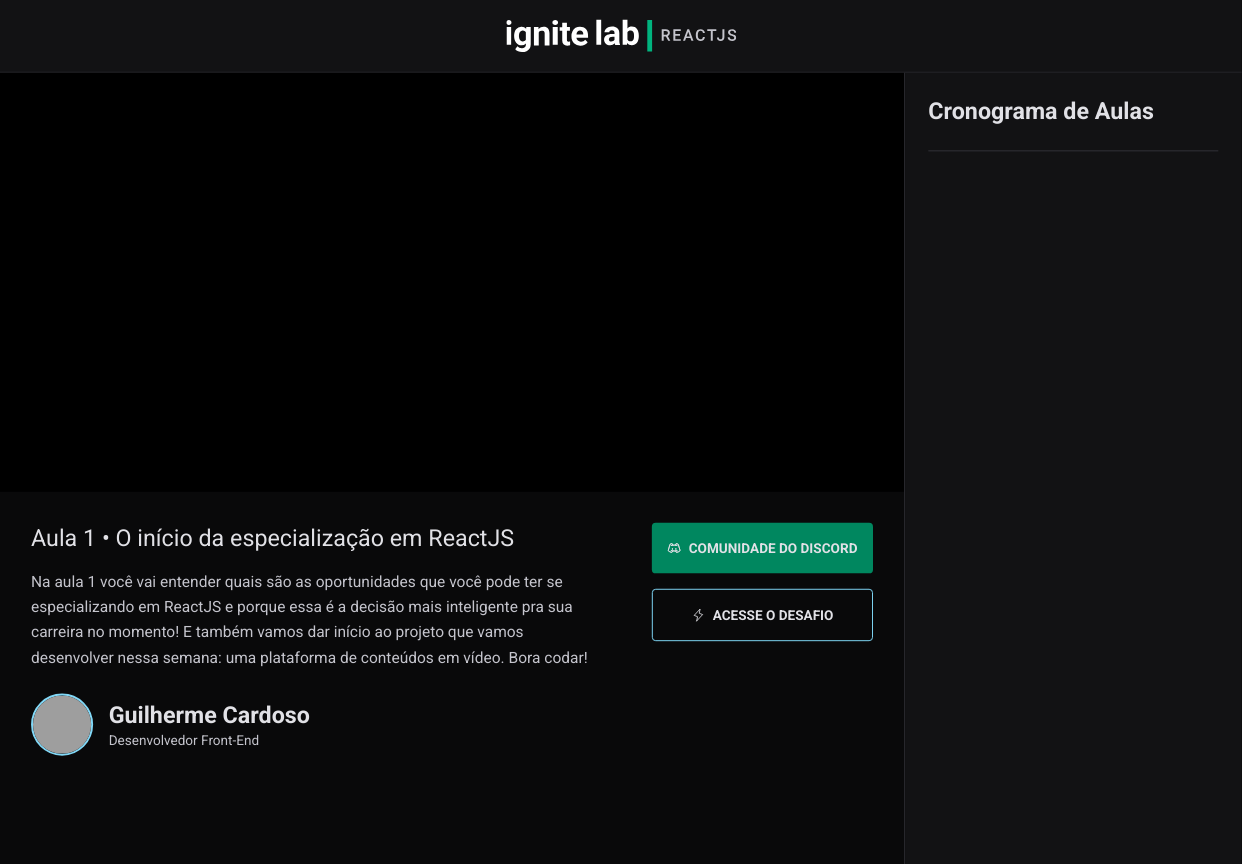
Repository: guilhermecardoso93/ignitelab
Page: /event
These files come from the project's save history. The page is drawn as it stood at one moment and after the next save; the edit follows.
The browser window is 1280 px wide. The pictures show the whole page, at 97% of full size.
Pictures or frames that could not be fetched are drawn as grey boxes. The page's requests for data from a server got no answer. The project was rebuilt for these pictures with package versions that can differ from the ones it lists, and the page was loaded fresh each time. No one was signed in, and anything a server would have sent is missing. Also part of the build but not shown: vite.config.ts, src/components/Lesson/index.tsx.

Above is the page before, as saved 2022-06-23 20:46:23.

### index.html
<!DOCTYPE html>
<html lang="en">
  <head>
    <meta charset="UTF-8" />
    <link rel="icon" type="image/svg+xml" href="/src/favicon.svg" />
    <link rel="preconnect" href="https://fonts.googleapis.com" />
    <link rel="preconnect" href="https://fonts.gstatic.com" crossorigin />
    <link
      href="https://fonts.googleapis.com/css2?family=Roboto:wght@400;500;700&display=swap"
      rel="stylesheet"
    />
    <meta name="viewport" content="width=device-width, initial-scale=1.0" />
    <title>Ignite Lab</title>
  </head>
  <body>
    <div id="root"></div>
    <script type="module" src="/src/main.tsx"></script>
  </body>
</html>

### src/main.tsx
import { ApolloProvider } from "@apollo/client";
import React from "react";
import ReactDOM from "react-dom/client";
import { App } from "./App";
import { client } from "./lib/apollo";

import "./styles/global.css";

ReactDOM.createRoot(document.getElementById("root")!).render(
  <React.StrictMode>
    <ApolloProvider client={client}>
      <App />
    </ApolloProvider>
  </React.StrictMode>
);

### src/App.tsx
import { Event } from "./pages/Event";

export function App() {
  return (
    <div>
      <Event />
    </div>
  );
}

### src/lib/apollo.ts
import { ApolloClient, InMemoryCache } from "@apollo/client";

export const client = new ApolloClient({
  uri: "https://api-sa-east-1.graphcms.com/v2/cl4orc0220r0201xnfce43eoi/master",
  cache: new InMemoryCache()
});

### src/pages/Event.tsx
import { Header } from "../components/Header";
import { Sidebar } from "../components/Sidebar";
import { Video } from "../components/Video";

export function Event() {
  return (
    <div className="flex flex-col min-h-screen">
      <Header />
      <main className="flex flex-1">
        <Video />
        <Sidebar />
      </main>
    </div>
  );
}

### src/components/Header/index.tsx
import { Logo } from "../Logo";

export function Header() {
  return (
    <header className='w-full py-5 flex items-center justify-center bg-gray-700 border-b border-gray-600'>
      <Logo/>
    </header>
  );
}

### src/components/Sidebar/index.tsx
import { gql, useQuery } from "@apollo/client";
import { Lesson } from "../Lesson";

const GET_LESSONS_QUERY = gql`
  query {
    lessons(orderBy: availableAt_ASC, stage: PUBLISHED) {
      id
      lessonType
      availableAt
      title
      slug
    }
  }
`;

interface GetLessonsQueryResponse {
  lessons: {
    id: string;
    title: string;
    slug: string;
    availableAt: string;
    lessonType: "live" | "class";
  }[];
}

export function Sidebar() {
  const { data } = useQuery<GetLessonsQueryResponse>(GET_LESSONS_QUERY);

  return (
    <aside className="w-[348px] bg-gray-700 p-6 border-l border-gray-600">
      <span className="font-bold text-2xl pb-6 mb-6 border-b border-gray-500 block">
        Cronograma de Aulas
      </span>

      <div className="flex flex-col gap-8">
        { data?.lessons.map( lesson => {
          return (
            <Lesson
            key={lesson.id}
            title={lesson.title}
            slug={lesson.slug}
            availableAt={new Date(lesson.availableAt)}
            type={lesson.lessonType}
          />
          )
        })}
      </div>
    </aside>
  );
}

### src/components/Video/index.tsx
import { DiscordLogo, Lightning } from "phosphor-react";

export function Video() {
  return (
    <div className="flex-1 ">
      <div className="bg-black flex justify-center">
        <div className="h-full w-full max-w-[1100px] max-h-[60vh] aspect-video"></div>
      </div>

      <div className="p-8 max-w-[1100px] mx-auto">
        <div className="flex items-start gap-16">
          <div className="flex-1">
            <h1 className="text-2xl fot-bold">
              Aula 1 • O início da especialização em ReactJS
            </h1>
            <p className="mt-4 text-gray-200 leading-relaxed">
              Na aula 1 você vai entender quais são as oportunidades que você
              pode ter se especializando em ReactJS e porque essa é a decisão
              mais inteligente pra sua carreira no momento! E também vamos dar
              início ao projeto que vamos desenvolver nessa semana: uma
              plataforma de conteúdos em vídeo. Bora codar!
            </p>
            <div className="flex items-center gap-4 mt-6">
              <img
                src="https://github.com/guilhermecardoso93.png"
                alt=""
                className="h-16 w-16 rounded-full border-2 border-blue-500"
              />
              <div className="leading-relaxed">
                <strong className="font-bold text-2xl block">
                  Guilherme Cardoso
                </strong>
                <span className="text-gray-200 text-sm block">
                  Desenvolvedor Front-End
                </span>
              </div>
            </div>
          </div>

          <div className="flex flex-col gap-4">
            <a
              href="http://"
              className="p-4 text-sm bg-green-500 flex items-center rounded font-bold uppercase gap-2 justify-center hover:bg-green-700 transition-colors"
            >
              <DiscordLogo />
              comunidade do discord
            </a>
            <a
              href="http://"
              className="p-4 text-sm border border-blue-500 flex items-center rounded font-bold uppercase gap-2 justify-center hover:bg-blue-500 hover:text-gray-900 transition-colors"
            >
              <Lightning />
              Acesse o desafio
            </a>
          </div>

        </div>

        <div className="gap-8 mt-20 grid grid-cols-2">
            <a href="" className="bg-gray-700 rounded overflow-hidden flex items-stretch gap-6 hover:bg-gray-600 transition-colors">

            </a>
        </div>
      </div>
    </div>
  );
}

### src/components/Logo/index.tsx
export function Logo() {
  return (
    <svg
      xmlns="http://www.w3.org/2000/svg"
      width="237"
      height="34"
      fill="none"
      viewBox="0 0 237 34"
    >
      <path
        fill="#fff"
        d="M.002 3.112a2.49 2.49 0 01.165-.987c.12-.314.304-.595.535-.83A2.906 2.906 0 012.615.572c.698 0 1.374.257 1.912.723.23.24.412.524.536.837a2.701 2.701 0 010 1.979 2.568 2.568 0 01-.536.837 2.889 2.889 0 01-1.907.723 2.901 2.901 0 01-1.908-.723 2.458 2.458 0 01-.538-.84 2.645 2.645 0 01-.172-.996zm4.96 23.146H.273V7.862h4.689v18.397zM8.012 16.973c0-2.853.686-5.145 2.055-6.883a6.653 6.653 0 015.528-2.606 5.869 5.869 0 014.802 2.09l.2-1.751h4.538v17.95a7.891 7.891 0 01-1.12 4.246 7.243 7.243 0 01-3.147 2.752 11.155 11.155 0 01-4.742.94c-1.378 0-2.74-.279-4.008-.812a7.08 7.08 0 01-2.946-2.11l2.208-3.02a5.905 5.905 0 004.543 2.08 4.356 4.356 0 003.104-1.059 3.938 3.938 0 001.103-2.993v-.994a5.775 5.775 0 01-4.555 1.935 6.647 6.647 0 01-3.05-.652 6.615 6.615 0 01-2.408-1.967c-1.397-1.752-2.085-4.089-2.085-6.942v-.21h-.025l.005.006zm4.997.355a6.723 6.723 0 001.026 3.956 3.233 3.233 0 002.799 1.443c.651.045 1.3-.088 1.878-.39a3.52 3.52 0 001.396-1.305v-7.825a3.448 3.448 0 00-1.374-1.305 3.504 3.504 0 00-1.86-.39 3.28 3.28 0 00-1.61.365 3.22 3.22 0 00-1.219 1.103c-.688.975-1.036 2.418-1.036 4.348zM33.098 7.833l.158 2.196a6.527 6.527 0 012.371-1.927 6.38 6.38 0 012.971-.62c1.97 0 3.438.597 4.39 1.79.953 1.194 1.456 2.936 1.486 5.293v12.249h-4.962V14.683a3.367 3.367 0 00-.684-2.344 3.086 3.086 0 00-1.069-.598 3.008 3.008 0 00-1.211-.13 3.349 3.349 0 00-1.821.454c-.553.32-1.01.794-1.313 1.367v13.37H28.45V7.845l4.647-.012zM47.512 3.112a2.304 2.304 0 01.185-.988 2.42 2.42 0 01.59-.831A3.439 3.439 0 0150.404.57c.772 0 1.52.256 2.117.723.508.486.792 1.142.792 1.826 0 .683-.284 1.34-.792 1.826a3.417 3.417 0 01-2.11.723c-.77 0-1.517-.257-2.11-.723a2.47 2.47 0 01-.594-.839 2.342 2.342 0 01-.19-.994h-.005zm5.483 23.149h-5.18V7.86h5.18v18.4zM62.454 3.334v4.612h3.107v3.677h-3.107v9.382c-.05.53.091 1.063.395 1.495a1.824 1.824 0 001.473.45c.476.002.95-.035 1.421-.114v3.803a9.672 9.672 0 01-2.939.449c-3.398 0-5.128-1.775-5.19-5.32V11.644h-2.642V7.968h2.643V3.356h4.841v-.025l-.002.003zM76.487 27.08a9.277 9.277 0 01-6.759-2.55c-1.74-1.699-2.605-3.957-2.605-6.797v-.494a11.295 11.295 0 011.098-5.08 8.141 8.141 0 013.111-3.465 8.72 8.72 0 014.59-1.22c2.577 0 4.62.815 6.098 2.449 1.478 1.633 2.226 3.94 2.226 6.929v2.055h-12.01a4.665 4.665 0 001.473 2.971 4.487 4.487 0 003.111 1.111 5.426 5.426 0 004.548-2.115l2.476 2.781a7.506 7.506 0 01-3.07 2.507 9.81 9.81 0 01-4.287.916v.002zm-.594-15.514a3.127 3.127 0 00-2.428 1.012 5.405 5.405 0 00-1.188 2.912h7.006v-.405a3.749 3.749 0 00-.908-2.608 3.252 3.252 0 00-2.45-.908h-.03l-.002-.003zM97.771 26.259h-4.957V0h4.957V26.26zM112.209 26.259c-.227-.444-.392-.997-.496-1.659-1.196 1.333-2.751 2.002-4.666 2.002-1.811 0-3.314-.523-4.504-1.572-1.191-1.049-1.786-2.372-1.786-3.966 0-1.96.725-3.464 2.179-4.513 1.453-1.049 3.553-1.58 6.3-1.59h2.273v-1.06c0-.854-.22-1.54-.659-2.051-.44-.513-1.131-.77-2.078-.77-.832 0-1.486.2-1.957.6-.474.4-.708.945-.708 1.64h-4.941c0-1.07.331-2.062.992-2.973.662-.91 1.597-1.626 2.804-2.144 1.206-.518 2.564-.778 4.069-.778 2.28 0 4.089.573 5.429 1.718 1.34 1.145 2.009 2.756 2.009 4.83v8.017c.012 1.754.256 3.082.735 3.983v.29h-4.992l-.003-.004zm-4.086-3.435c.728 0 1.402-.163 2.016-.486.614-.326 1.071-.76 1.367-1.308v-3.181h-1.846c-2.472 0-3.79.854-3.948 2.564l-.017.291c0 .614.217 1.123.649 1.523.434.4 1.026.6 1.779.6v-.003zM136.58 17.183c0 2.963-.632 5.273-1.898 6.931-1.265 1.659-3.032 2.488-5.3 2.488-2.006 0-3.608-.77-4.805-2.308l-.222 1.967h-4.444V.001h4.94v9.418c1.14-1.332 2.638-2 4.496-2 2.256 0 4.025.828 5.308 2.487 1.283 1.658 1.923 3.992 1.923 7v.274l.002.003zm-4.94-.358c0-1.868-.296-3.233-.889-4.094-.592-.861-1.475-1.29-2.65-1.29-1.572 0-2.655.643-3.247 1.932v7.299c.604 1.298 1.697 1.95 3.282 1.95 1.584 0 2.643-.788 3.146-2.36.239-.752.358-1.897.358-3.437z"
      ></path>
      <path
        fill="#C4C4CC"
        d="M164.51 17.501h-2.283v4.53h-2.048v-11.78h4.143c1.36 0 2.408.306 3.149.915.74.61 1.108 1.493 1.108 2.648 0 .787-.19 1.449-.57 1.98-.38.532-.911.94-1.59 1.226l2.646 4.906v.106h-2.194l-2.364-4.531h.003zm-2.283-1.65h2.105c.691 0 1.229-.176 1.619-.524.39-.348.582-.824.582-1.429 0-.604-.18-1.12-.538-1.466-.358-.345-.893-.523-1.606-.533h-2.162V15.85zM179.066 16.773h-4.839v3.625h5.656v1.634h-7.704V10.25h7.648v1.65h-5.6v3.253h4.839v1.62zM189.803 19.29h-4.565l-.955 2.744h-2.127l4.452-11.783h1.836l4.459 11.783h-2.137l-.963-2.744zm-3.99-1.65h3.415l-1.707-4.89-1.708 4.89zM204.716 18.197c-.119 1.256-.583 2.238-1.392 2.941-.81.703-1.885 1.056-3.228 1.056-.938 0-1.764-.222-2.48-.668-.715-.445-1.266-1.079-1.656-1.898-.387-.82-.589-1.772-.607-2.858v-1.1c0-1.11.198-2.09.59-2.937.392-.846.96-1.5 1.695-1.96.736-.458 1.587-.688 2.554-.688 1.301 0 2.347.353 3.139 1.057.792.703 1.254 1.7 1.385 2.99h-2.039c-.096-.846-.343-1.458-.74-1.833-.397-.375-.977-.563-1.745-.563-.89 0-1.574.326-2.05.977-.479.652-.721 1.605-.733 2.863v1.044c0 1.273.227 2.245.683 2.917.457.668 1.123 1.004 2.004 1.004.805 0 1.409-.18 1.814-.543.405-.363.661-.962.77-1.804h2.038l-.002.003zM216.481 11.902h-3.674v10.132h-2.031V11.902h-3.642V10.25h9.347v1.65zM222.759 10.251h2.039v8.262c0 1.127-.353 2.023-1.057 2.687-.703.664-1.633.995-2.788.995-1.229 0-2.179-.311-2.848-.93-.669-.62-1.004-1.484-1.004-2.59h2.038c0 .627.156 1.096.467 1.412.31.316.76.474 1.347.474.55 0 .989-.183 1.315-.545.326-.366.489-.867.489-1.51V10.25h.002zM234.952 18.999c0-.518-.183-.918-.545-1.197-.363-.279-1.022-.563-1.972-.849-.95-.286-1.705-.604-2.265-.955-1.074-.674-1.612-1.555-1.612-2.638 0-.95.388-1.732 1.163-2.347.774-.614 1.779-.922 3.015-.922.819 0 1.55.15 2.194.454a3.597 3.597 0 011.513 1.29c.367.558.55 1.177.55 1.858h-2.038c0-.614-.193-1.095-.578-1.443-.385-.348-.938-.524-1.656-.524-.668 0-1.189.144-1.557.43-.37.286-.555.686-.555 1.197 0 .432.2.792.6 1.08.399.29 1.056.57 1.974.842.918.271 1.653.582 2.208.93.556.348.963.748 1.222 1.197.259.452.387.977.387 1.582 0 .982-.375 1.762-1.127 2.342-.753.58-1.775.87-3.063.87a5.755 5.755 0 01-2.352-.473c-.715-.316-1.27-.75-1.668-1.308-.397-.555-.594-1.204-.594-1.942h2.048c0 .669.222 1.187.664 1.555.441.367 1.075.55 1.902.55.713 0 1.246-.143 1.607-.432.357-.288.538-.671.538-1.145l-.003-.002z"
      ></path>
      <path fill="#00B37E" d="M150.271 33.146h-4.958V.57h4.958v32.576z"></path>
    </svg>
  );
}

### tailwind.config.js
/** @type {import('tailwindcss').Config} */
module.exports = {
  content: ["./src/**/*.tsx"],
  theme: {
    extend: {
      fontFamily: {
        sans: "Roboto, sans-serif"
      },
      colors: {
        green: {
          300: "#00B37E",
          500: "#00875F",
          700: "#015F43"
        },
        blue: {
          500: "#81D8F7"
        },
        orange: {
          500: "#FBA94C"
        },
        red: {
          500: "#F75A68"
        },
        gray: {
          100: "#E1E1E6",
          200: "#C4C4CC",
          300: "#8D8D99",
          500: "#323238",
          600: "#29292E",
          700: "#121214",
          900: "#09090A"
        }
      }
    }
  },
  plugins: []
};

Loaded but not shown: src/styles/global.css (common file)

After the next save:
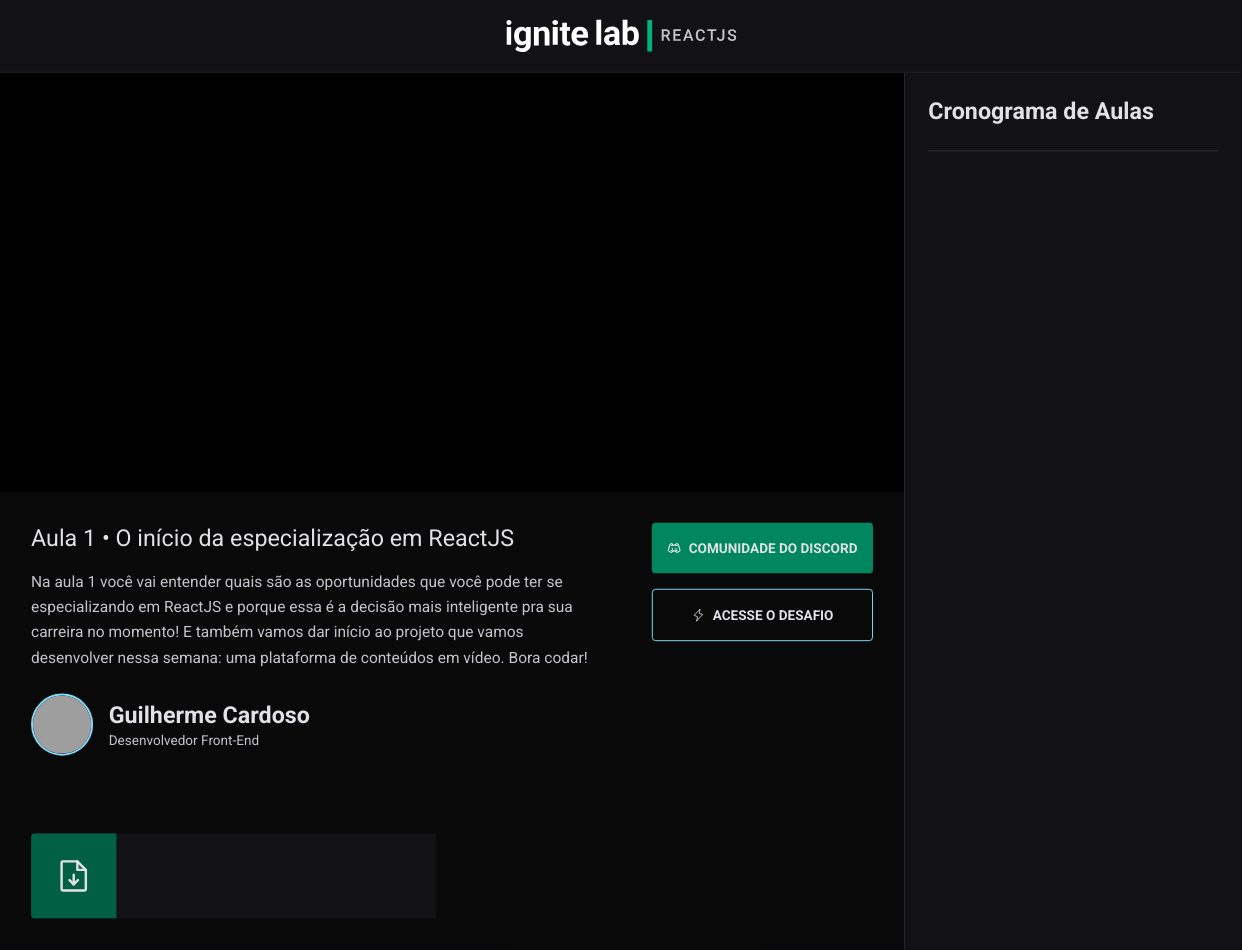
Saved 63 s later.
--- a/src/components/Video/index.tsx
+++ b/src/components/Video/index.tsx
@@ -1,4 +1,4 @@
-import { DiscordLogo, Lightning } from "phosphor-react";
+import { DiscordLogo, FileArrowDown, Lightning } from "phosphor-react";
 
 export function Video() {
   return (
@@ -58,7 +58,11 @@
 
         <div className="gap-8 mt-20 grid grid-cols-2">
             <a href="" className="bg-gray-700 rounded overflow-hidden flex items-stretch gap-6 hover:bg-gray-600 transition-colors">
-
+              <div className="bg-green-700 h-full p-6 flex items-center">
+                <FileArrowDown size={40}/>
+              </div>
+              <div></div>
+              <div></div>
             </a>
         </div>
       </div>
